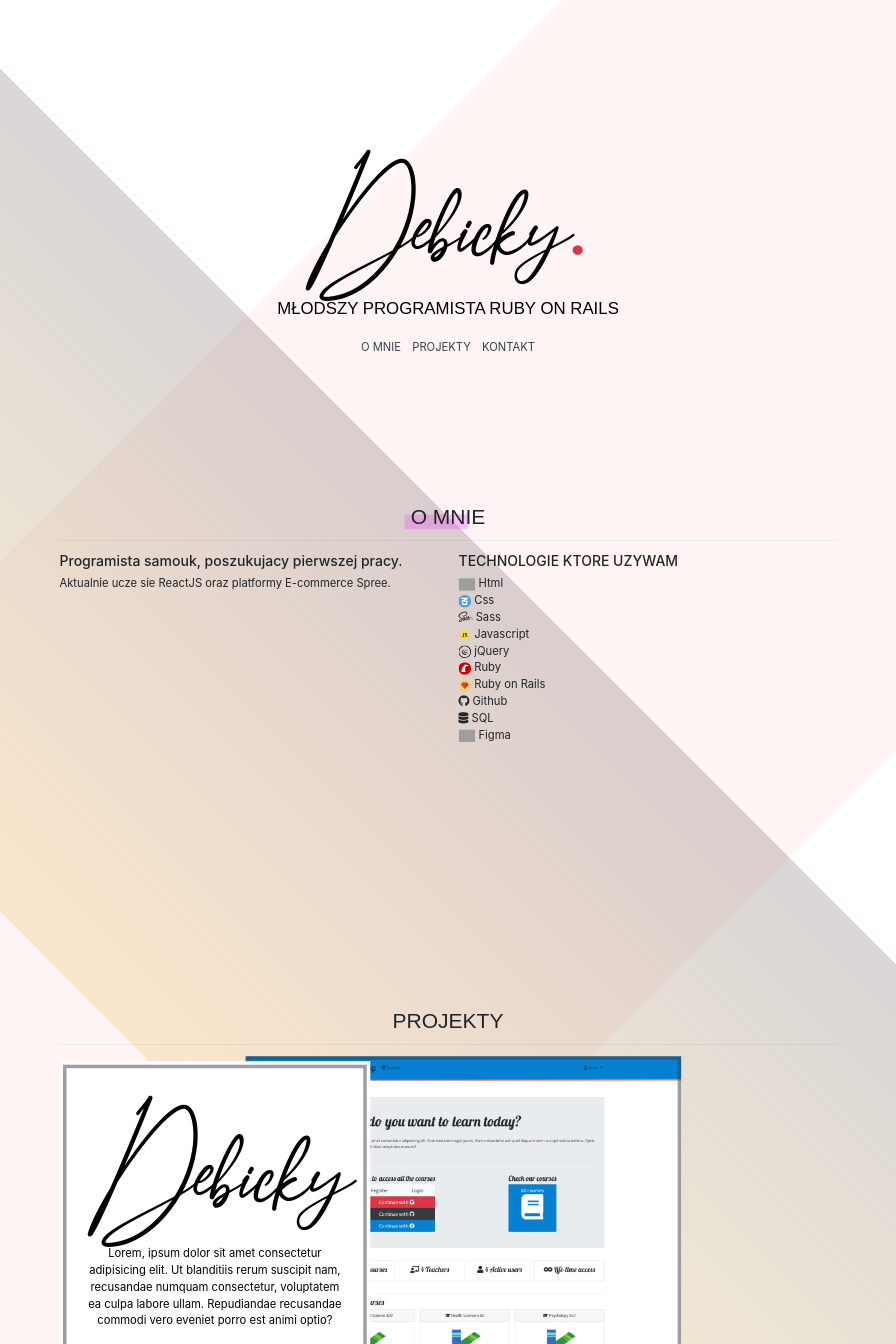
Repository: debicky/debicky.github.io
Page: index.html
An editor plug-in stored every save of this project. The page is shown before and after a run of saves, followed by the edit.
The browser window is 1280 px wide. The pictures show the part of the page from y = 0 to 1920 px (the page is 4611 px tall before and 4035 px after), at 70% of full size.
Pictures or frames that could not be fetched are drawn as grey boxes. Some web fonts or font styles are not loaded; a fallback is used. Some web libraries are served in a nearby version.

Above is the page before, as saved 2020-06-14 16:03:58.

After the next 2 saves:
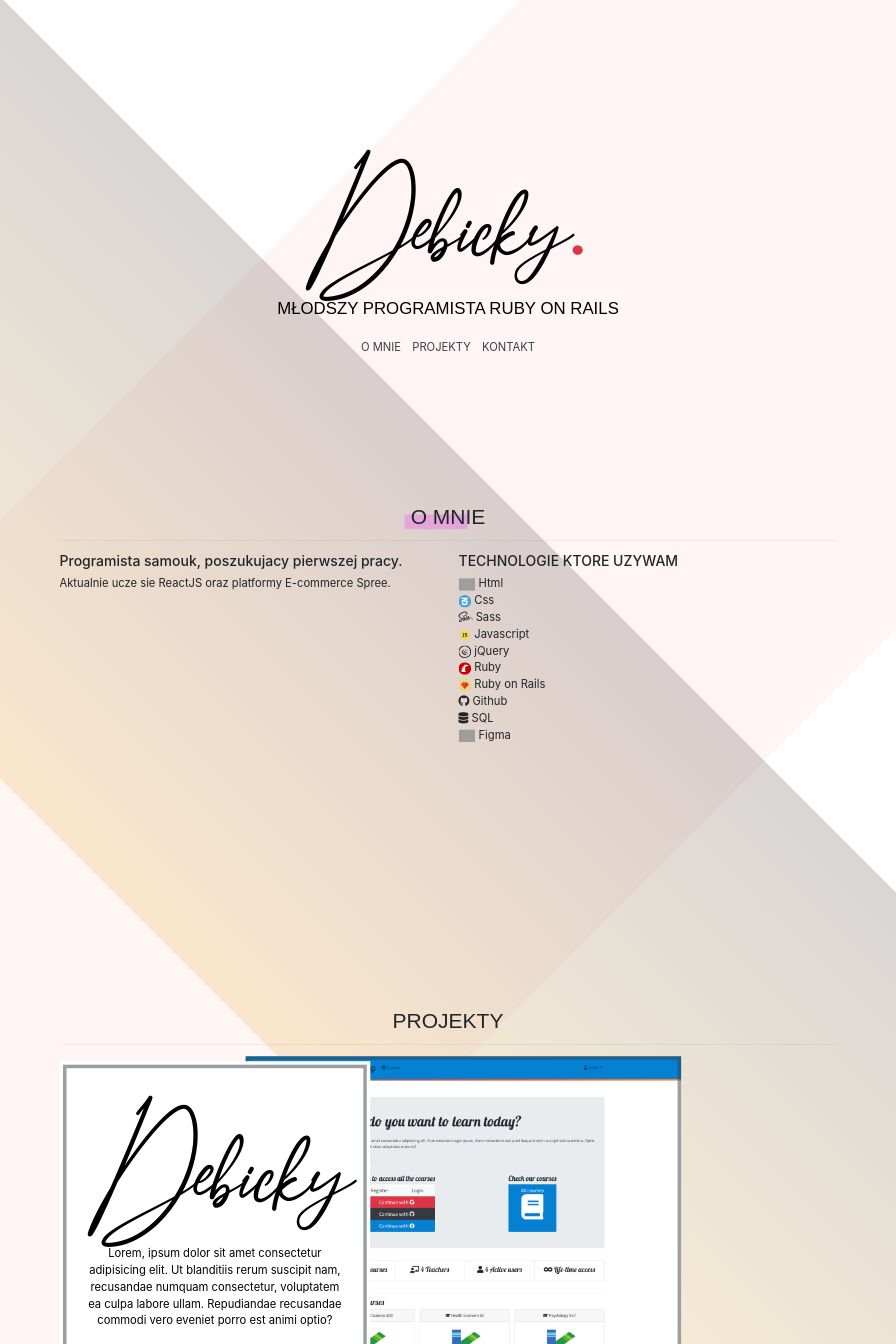
The 2 saves are shown as one change because they came seconds apart.
The last was saved 10 s later.
--- a/styles.css
+++ b/styles.css
@@ -320,7 +320,7 @@ a.text-muted:hover{
 
   footer{
     height: 30vh;
-    padding-top: 50%;
-  }
-
-}
+    padding-top: 2rem;
+  }
+
+}
